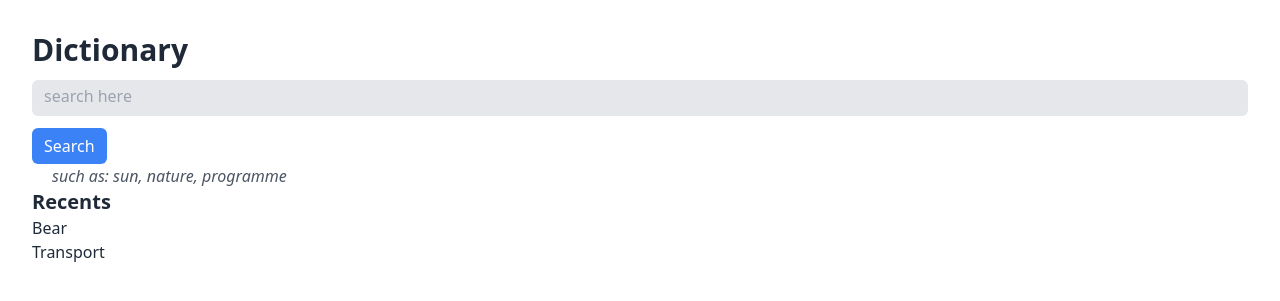
Repository: imokha01/dictionary-app
Page: /
These files come from the project's save history. The page is drawn as it stood at one moment and after the next save; the edit follows.
The browser window is 1280 px wide. The pictures show the whole page.
The project was rebuilt for these pictures with package versions that can differ from the ones it lists, and the page was loaded fresh each time. Also part of the build but not shown: vite.config.js, src/App.css.

Above is the page before, as saved 2024-02-19 11:02:45.

After the next save:
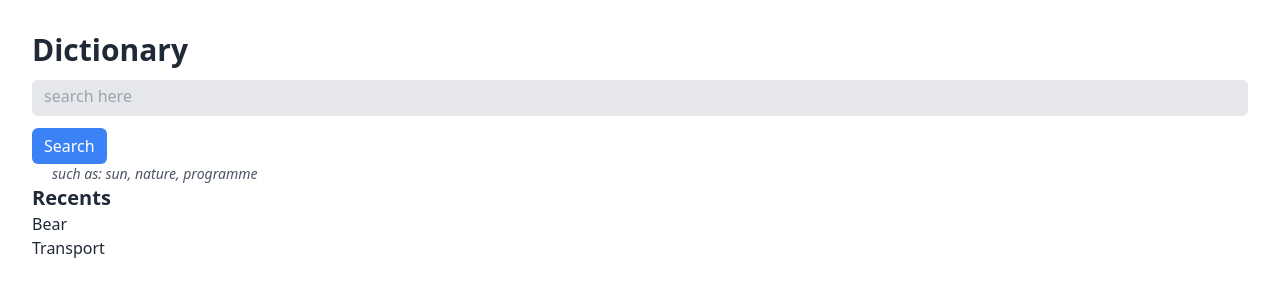
Saved 15 s later.
--- a/src/pages/Home.jsx
+++ b/src/pages/Home.jsx
@@ -7,7 +7,7 @@ const Home = () => {
                 <div className="flex flex-col">
                     <input className="bg-gray-200 rounded-md h-9 pl-3 pb-1 mb-3" type="text" placeholder="search here" />
                     <button className="bg-blue-500 text-white rounded-md px-3 py-1.5 w-fit">Search</button>
-                    <i className="text-gray-600 pl-5">such as: sun, nature, programme</i>
+                    <i className="text-gray-600 pl-5 text-sm">such as: sun, nature, programme</i>
                 </div>
             </div>
             <div>
